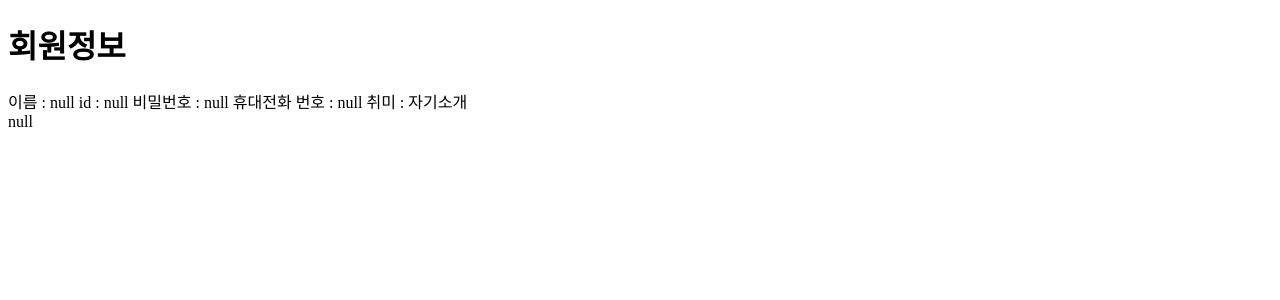
Repository: coolSummer1119/study
Page: http://localhost/ch03_Jsp/ch03_nestedObject/s06_register.jsp
These files come from the project's save history. The page is drawn as it stood at one moment and after the next save; the edit follows.
The browser window is 1280 px wide. The pictures show the whole page.
The page is served by Tomcat 9.

Above is the page before, as saved 2024-04-23 01:40:03.

After the next save:
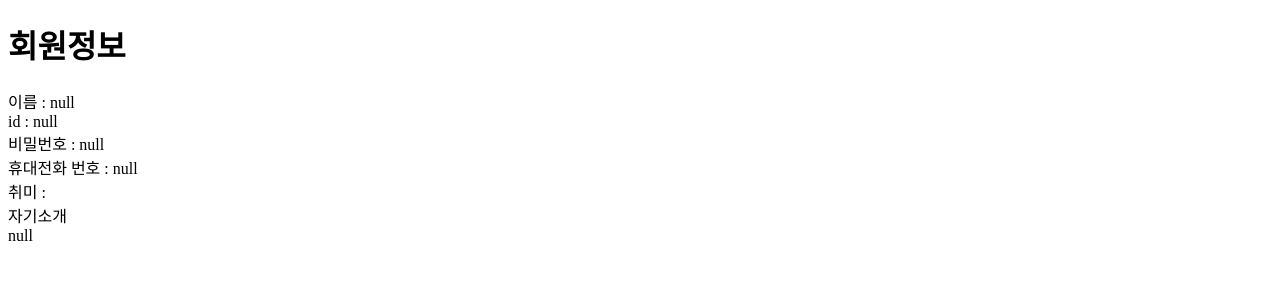
Saved 52 s later.
--- a/workspace/ch03_Jsp/src/main/webapp/ch03_nestedObject/s06_register.jsp
+++ b/workspace/ch03_Jsp/src/main/webapp/ch03_nestedObject/s06_register.jsp
@@ -11,10 +11,10 @@
 </head>
 <body>
 <h1>회원정보</h1>
-이름 : <%= request.getParameter("name") %>
-id : <%= request.getParameter("id") %>
-비밀번호 : <%= request.getParameter("password") %>
-휴대전화 번호 : <%= request.getParameter("phone") %>
+이름 : <%= request.getParameter("name") %><br>
+id : <%= request.getParameter("id") %><br>
+비밀번호 : <%= request.getParameter("password") %><br>
+휴대전화 번호 : <%= request.getParameter("phone") %><br>
 취미 :
 <%
 String[] hobby = request.getParameterValues("hobby");
@@ -25,7 +25,7 @@
 <%
 	}
 }
-%>
+%><br>
 자기소개<br>
 <%= request.getParameter("content") %>
 </body>
